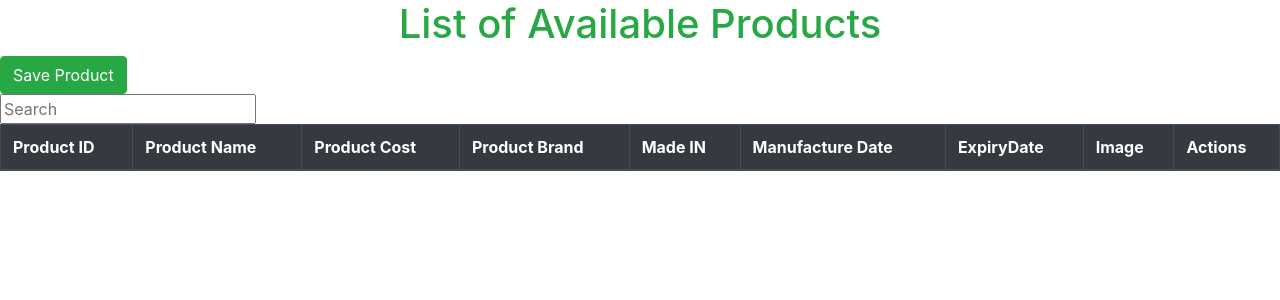
Repository: pavan1697/advJavaProjects
Page: http://localhost/ProductProject/productList.jsp
An editor plug-in stored every save of this project. The page is shown before and after the next save, followed by the edit.
The browser window is 1280 px wide. The pictures show the whole page.
The page is served by Tomcat 9. Queries for data that is not in the repository find no rows.

Above is the page before, as saved 2024-03-09 07:29:47.

After the next save:
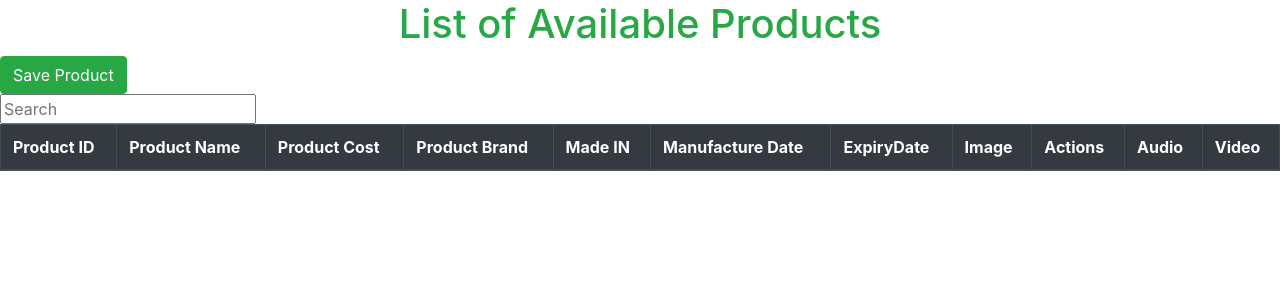
Saved 75 s later.
--- a/ProductProject/src/main/webapp/productList.jsp
+++ b/ProductProject/src/main/webapp/productList.jsp
@@ -58,6 +58,8 @@
 			<th>ExpiryDate</th>
 			<th>Image</th>
 			<th>Actions</th>
+			<th>Audio</th>
+			<th>Video</th>
 		</tr>
 		</thead>
 
